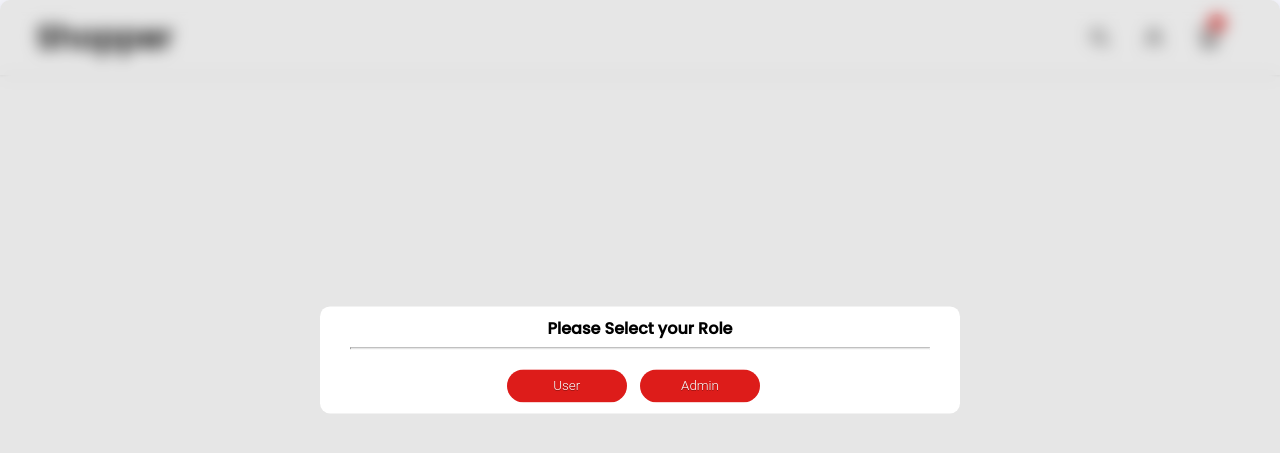
Repository: coolronts/aize-project
Page: /
An editor plug-in stored every save of this project. The page is shown before and after the next save, followed by the edit.
The browser window is 1280 px wide. The pictures show the whole page.
The page's requests for data from a server got no answer. The project was rebuilt for these pictures with package versions that can differ from the ones it lists, and the page was loaded fresh each time. No one was signed in, and anything a server would have sent is missing. Also part of the build but not shown: src/App.css, src/components/CartItem/CartItem.tsx, src/pages/Cart/Cart.tsx, src/components/Card/Card.tsx.

Above is the page before, as saved 2021-09-15 12:11:24.

After the next save:
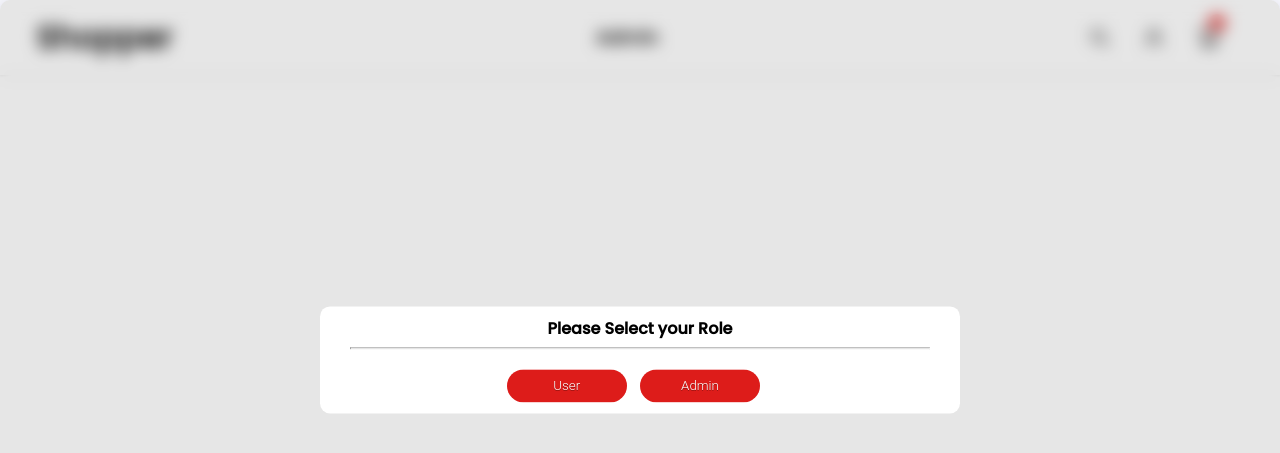
Saved 9 min 56 s later.
--- a/src/components/Header/Header.tsx
+++ b/src/components/Header/Header.tsx
@@ -16,6 +16,7 @@
           <h1>Shopper</h1>
         </Link>
       </div>
+      <h3>Admin</h3>
       <div className={styles.logoContainer}>
         <Logo logo={"search"}/>
         <Logo logo={"user"}/>

After the 5 saves that followed:
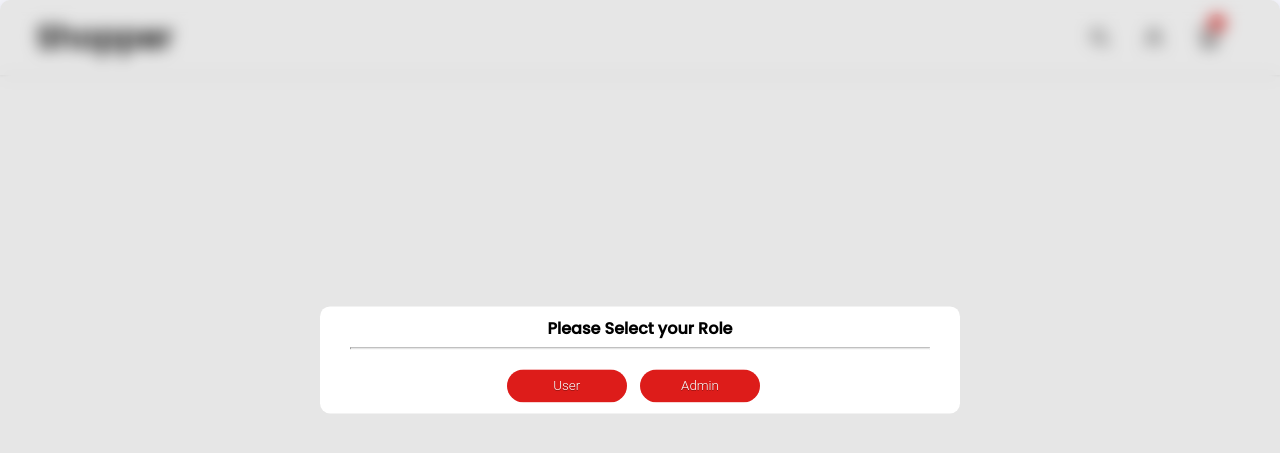
The 5 saves are shown as one change because 4 did not build or start.
The last was saved 2 min 31 s later.
--- a/src/components/Header/Header.tsx
+++ b/src/components/Header/Header.tsx
@@ -1,10 +1,13 @@
-import React from 'react';
+import React, {useContext} from 'react';
 import {Link} from "react-router-dom";
-
 import styles from './header.module.css';
 import Logo from '../Logo/Logo'
+import UserContext from '../../context/user';
 
 const Header: React.FunctionComponent = () => {
+  const userContext = useContext(UserContext)
+  const role = userContext.role
+
   const linkStyle ={
     textDecoration: 'none',
     color:'black'
@@ -16,7 +19,7 @@
           <h1>Shopper</h1>
         </Link>
       </div>
-      <h3>Admin</h3>
+      <h3 className={styles.role}>{role}</h3>
       <div className={styles.logoContainer}>
         <Logo logo={"search"}/>
         <Logo logo={"user"}/>
